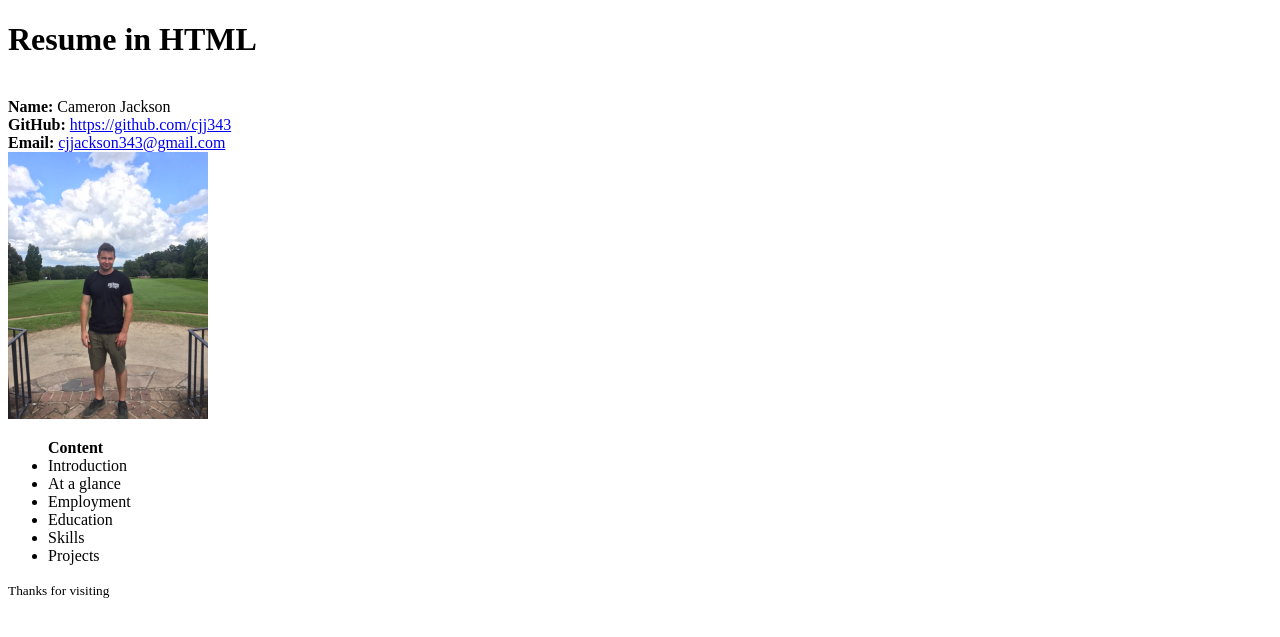
Repository: cjj343/html_resume
Page: index.html
The author's editor kept a record of every edit. The page is drawn from the files as they stood at one moment, then again after the next edit.
The browser window is 1280 px wide. The pictures show the whole page.

Above is the page before.

After the next edit:
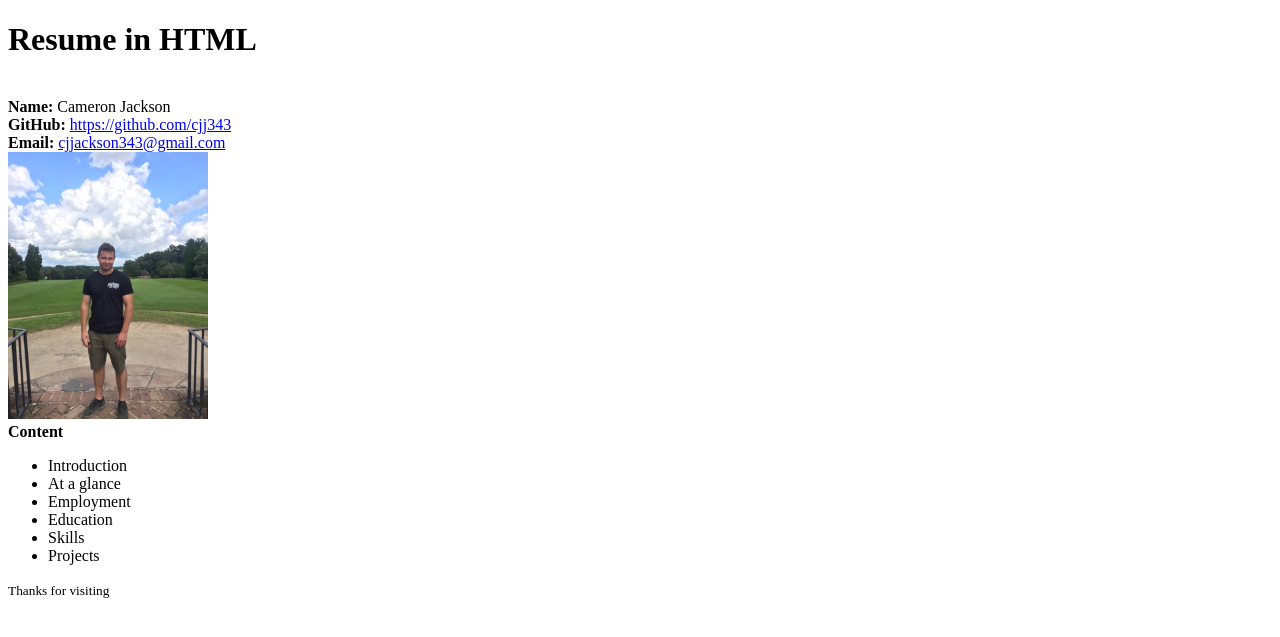
The edit:
--- a/index.html
+++ b/index.html
@@ -14,7 +14,8 @@
     </div>
 
     <div>
-        <ul><b>Content</b><br>
+        <b>Content</b><br>
+        <ul>
             <li>Introduction</li>
             <li>At a glance</li>
             <li>Employment</li>
